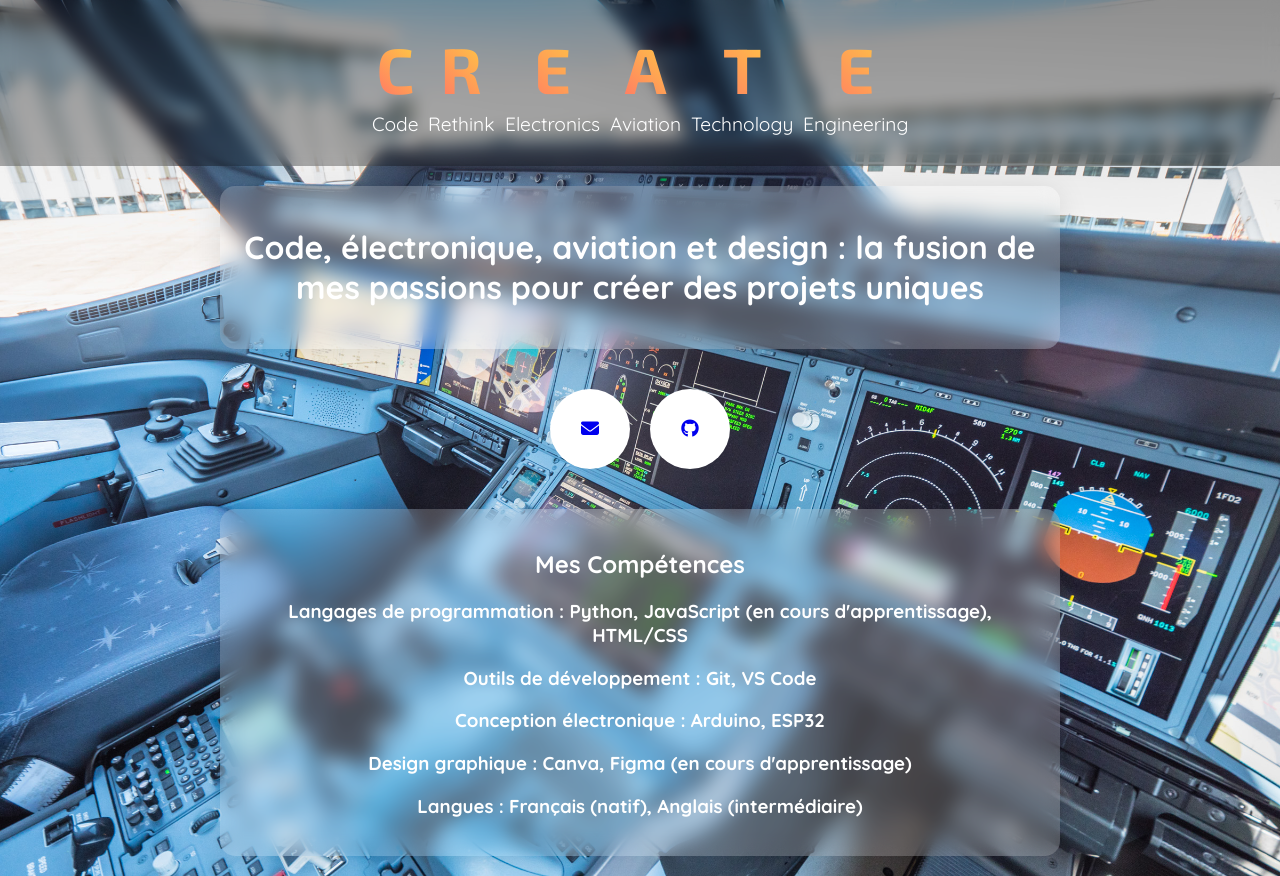
Repository: nlagardere/myportfolio
Page: index.html
The author's editor kept a copy of each file at every save. The page is drawn from the files as they stood at one save, then again after the next save.
The browser window is 1280 px wide. The pictures show the whole page.

Above is the page before, as saved 2025-09-06 10:11:31.

### index.html
<!DOCTYPE html>
<html lang="fr">
<head>
  <meta charset="UTF-8">
  <meta name="viewport" content="width=device-width, initial-scale=1.0">
  <title>Portfolio</title>

  <!-- Google Fonts -->
  <link href="https://fonts.googleapis.com/css2?family=Exo+2:wght@400;700&family=Quicksand:wght@400;700&display=swap" rel="stylesheet">
  <!-- Font Awesome -->
  <link rel="stylesheet" href="https://cdnjs.cloudflare.com/ajax/libs/font-awesome/6.5.0/css/all.min.css">

  <style>
    /* ========== BODY & LAYOUT ========== */
    body {
      font-family: 'Quicksand', sans-serif;
      margin: 0;
      padding: 0;
      min-height: 100vh;
      display: flex;
      flex-direction: column;       /* empile header, contenu, footer verticalement */
      justify-content: space-between; /* espace entre header/contenu et footer */
      background: url('a350.jpg') no-repeat center center;
      background-size: cover;
      color: #333;
    }

    header {
      text-align: center;
      padding: 30px 20px;
      background: rgba(0,0,0,0.3);
      backdrop-filter: blur(8px);
      color: white;
    }

    .glasscard {
      background: rgba(255, 255, 255, 0.2);
      border-radius: 15px;
      padding: 20px;
      margin: 20px auto;
      max-width: 800px;
      backdrop-filter: blur(10px);
      box-shadow: 0 4px 30px rgba(0, 0, 0, 0.1);
      color: white;
      text-align: center;
      animation: zoomPop 1s ease forwards;
    }

    /* ========== ACRONYM ========== */
    .acronym-container {
      display: flex;
      justify-content: center;
      gap: 10px;
      flex-wrap: wrap;
      perspective: 1000px;
    }

    .letter-block {
      flex: none;
      text-align: center;
      opacity: 0;
      transform: scale(0.1) translateZ(-800px);
      animation: zoomPop 0.8s cubic-bezier(0.25, 1.5, 0.5, 1) forwards;
    }

    .letter-block:nth-child(1) { animation-delay: 0s; }
    .letter-block:nth-child(2) { animation-delay: 0.1s; }
    .letter-block:nth-child(3) { animation-delay: 0.2s; }
    .letter-block:nth-child(4) { animation-delay: 0.3s; }
    .letter-block:nth-child(5) { animation-delay: 0.4s; }
    .letter-block:nth-child(6) { animation-delay: 0.5s; }

    .letter-block .letter {
      font-size: 4em;
      font-weight: bold;
      font-family: 'Exo 2', sans-serif;
      background: linear-gradient(45deg, #FF6B6B, #FFD93D);
      -webkit-background-clip: text;
      -webkit-text-fill-color: transparent;
      transition: filter 0.2s;
    }

    .letter-block .letter:hover {
      filter: brightness(1.2);
    }

    .letter-block .desc {
      font-size: 1.2em;
      margin-top: 5px;
    }

    @keyframes zoomPop {
      0% { opacity: 0; transform: scale(0.1) translateZ(-800px); }
      60% { opacity: 1; transform: scale(1.2) translateZ(50px); }
      80% { transform: scale(0.95) translateZ(0); }
      100% { opacity: 1; transform: scale(1) translateZ(0); }
    }

    /* ========== SOCIAL ICONS ========== */
    .wrapper {
      display: inline-flex;
      justify-content: center;
      list-style: none;
      padding: 20px 0;
      margin: 0 auto;
    }

    .wrapper .icon {
      position: relative;
      background: #ffffff;
      border-radius: 50%;
      padding: 15px;
      margin: 0 10px;
      width: 50px;
      height: 50px;
      font-size: 18px;
      display: flex;
      justify-content: center;
      align-items: center;
      cursor: pointer;
      transition: all 0.2s cubic-bezier(0.68, -0.55, 0.265, 1.55);
    }

    /* Tooltip */
    .wrapper .tooltip {
      position: absolute;
      bottom: 100%;           /* au-dessus de l’icône */
      left: 50%;
      transform: translateX(-50%) translateY(-10px);
      font-size: 14px;
      background: #333;
      color: #fff;
      padding: 5px 8px;
      border-radius: 5px;
      box-shadow: 0 4px 10px rgba(0,0,0,0.2);
      opacity: 0;
      pointer-events: none;
      white-space: nowrap;
      transition: all 0.3s cubic-bezier(0.68, -0.55, 0.265, 1.55);
      z-index: 10;
    }

    .wrapper .tooltip::before {
      content: "";
      position: absolute;
      top: 100%;              /* triangle sous le tooltip */
      left: 50%;
      transform: translateX(-50%) rotate(45deg);
      width: 8px;
      height: 8px;
      background: #333;
    }

    .wrapper .icon:hover .tooltip {
      opacity: 1;
      pointer-events: auto;
      transform: translateX(-50%) translateY(-15px);
    }

    /* Hover colors */
    .wrapper .mail:hover,
    .wrapper .mail:hover .tooltip,
    .wrapper .mail:hover .tooltip::before {
      background: #00CED1;
      color: #ffffff;
    }

    .wrapper .github:hover,
    .wrapper .github:hover .tooltip,
    .wrapper .github:hover .tooltip::before {
      background: #333333;
      color: #ffffff;
    }

    .compétences{
      text-align: center;
      background: rgba(255, 255, 255, 0.2);
      border-radius: 15px;
      padding: 20px;
      margin: 20px auto;
      max-width: 800px;
      backdrop-filter: blur(10px);
      box-shadow: 0 4px 30px rgba(0, 0, 0, 0.1);
      color: white;
      text-align: center;
      animation: zoomPop 1s ease forwards;
    }

    .highlight {
      color: #FFD93D;

    }

    /* Responsive letters */
    @media (max-width: 600px) {
      .letter-block .letter {
        font-size: 2.5em;
      }
    }
  </style>
</head>

<body>
  <header>
    <div class="acronym-container">
      <div class="letter-block">
        <div class="letter">C</div>
        <div class="desc">Code</div>
      </div>
      <div class="letter-block">
        <div class="letter">R</div>
        <div class="desc">Rethink</div>
      </div>
      <div class="letter-block">
        <div class="letter">E</div>
        <div class="desc">Electronics</div>
      </div>
      <div class="letter-block">
        <div class="letter">A</div>
        <div class="desc">Aviation</div>
      </div>
      <div class="letter-block">
        <div class="letter">T</div>
        <div class="desc">Technology</div>
      </div>
      <div class="letter-block">
        <div class="letter">E</div>
        <div class="desc">Engineering</div>
      </div>
    </div>
  </header>

  <div class="glasscard">
    <h1>Code, électronique, aviation et design : la fusion de mes passions pour créer des projets uniques</h1>
  </div>

  <ul class="wrapper">
    <li class="icon mail">
      <a href="mailto:nathan.lagardere@gmail.com" target="_blank">
        <span class="tooltip">Mail</span>
        <i class="fas fa-envelope"></i>
      </a>
    </li>

    <li class="icon github">
      <a href="https://github.com/nlagardere" target="_blank">
        <span class="tooltip">Github</span>
        <i class="fab fa-github"></i>
      </a>
    </li>
  </ul>

  <div class="compétences">
    <h2>Mes Compétences</h2>

      <h3><span class="highlight"></span>Langages de programmation :</span> Python, JavaScript (en cours d'apprentissage), HTML/CSS</h3>
      <h3><span class="highlight"></span>Outils de développement : Git, VS Code</h3>
      <h3><span class="highlight"></span>Conception électronique : Arduino, ESP32</h3>
      <h3><span class="highlight"></span>Design graphique : Canva, Figma (en cours d'apprentissage)</h3>
      <h3><span class="highlight"></span>Langues : Français (natif), Anglais (intermédiaire)</h3>

  </div>

</body>
</html>

After the next save:
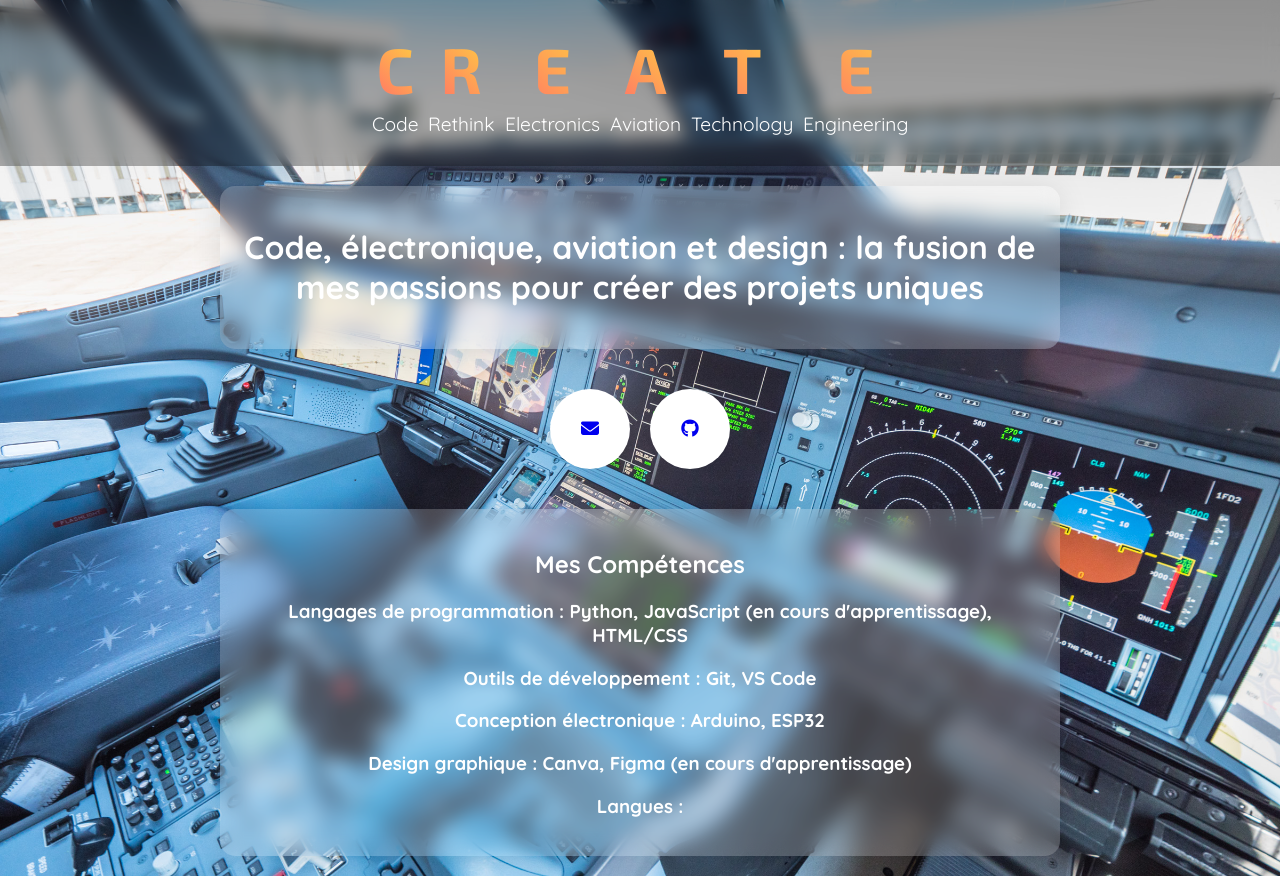
Saved 5 s later.
--- a/index.html
+++ b/index.html
@@ -257,7 +257,7 @@
       <h3><span class="highlight"></span>Outils de développement : Git, VS Code</h3>
       <h3><span class="highlight"></span>Conception électronique : Arduino, ESP32</h3>
       <h3><span class="highlight"></span>Design graphique : Canva, Figma (en cours d'apprentissage)</h3>
-      <h3><span class="highlight"></span>Langues : Français (natif), Anglais (intermédiaire)</h3>
+      <h3><span class="highlight"></span>Langues :<spa Français (natif), Anglais (intermédiaire)</h3>
 
   </div>
 

After the 3 saves that followed:
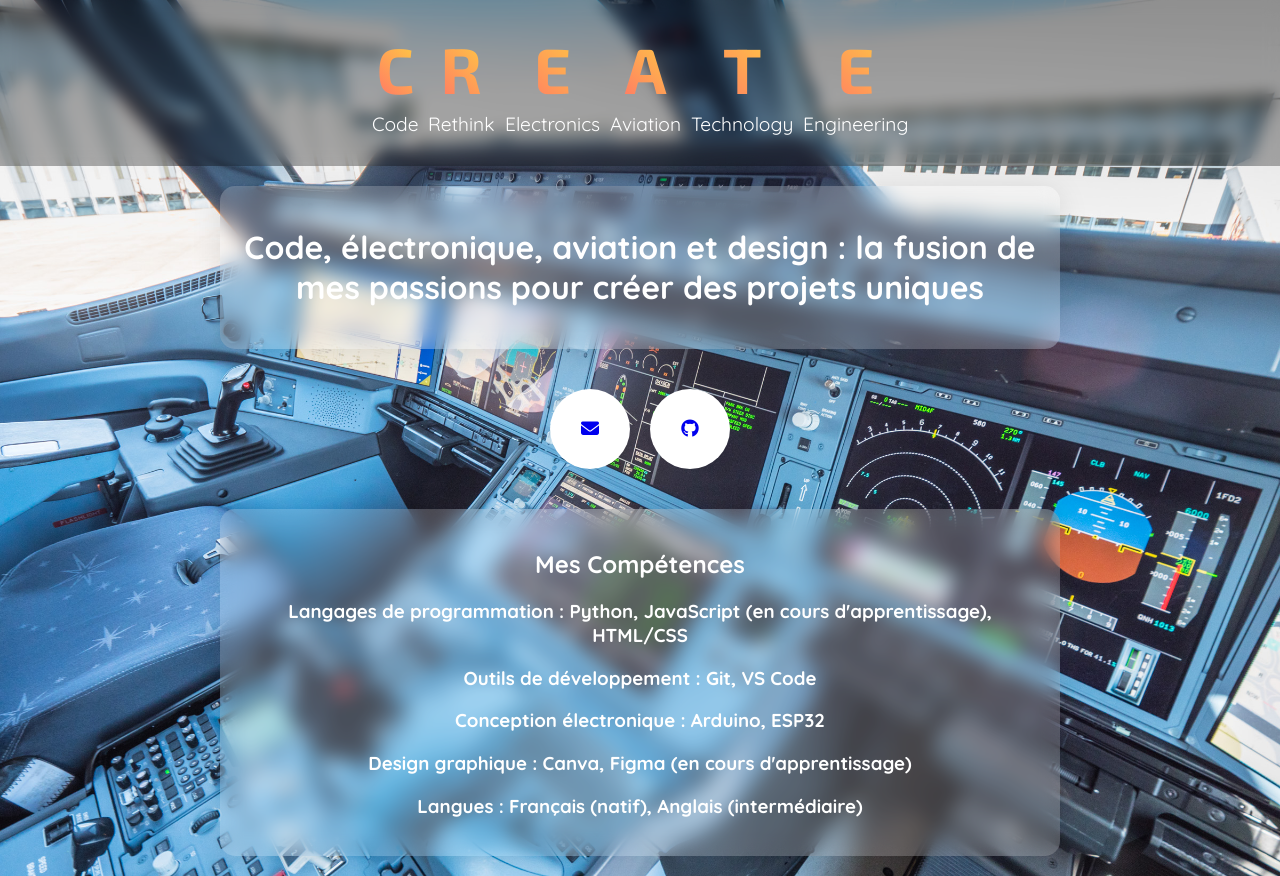
The 3 saves are shown as one change because they came seconds apart.
The last was saved 8 s later.
--- a/index.html
+++ b/index.html
@@ -257,7 +257,7 @@
       <h3><span class="highlight"></span>Outils de développement : Git, VS Code</h3>
       <h3><span class="highlight"></span>Conception électronique : Arduino, ESP32</h3>
       <h3><span class="highlight"></span>Design graphique : Canva, Figma (en cours d'apprentissage)</h3>
-      <h3><span class="highlight"></span>Langues :<spa Français (natif), Anglais (intermédiaire)</h3>
+      <h3><span class="highlight"></span>Langues :</span> Français (natif), Anglais (intermédiaire)</h3>
 
   </div>
 
